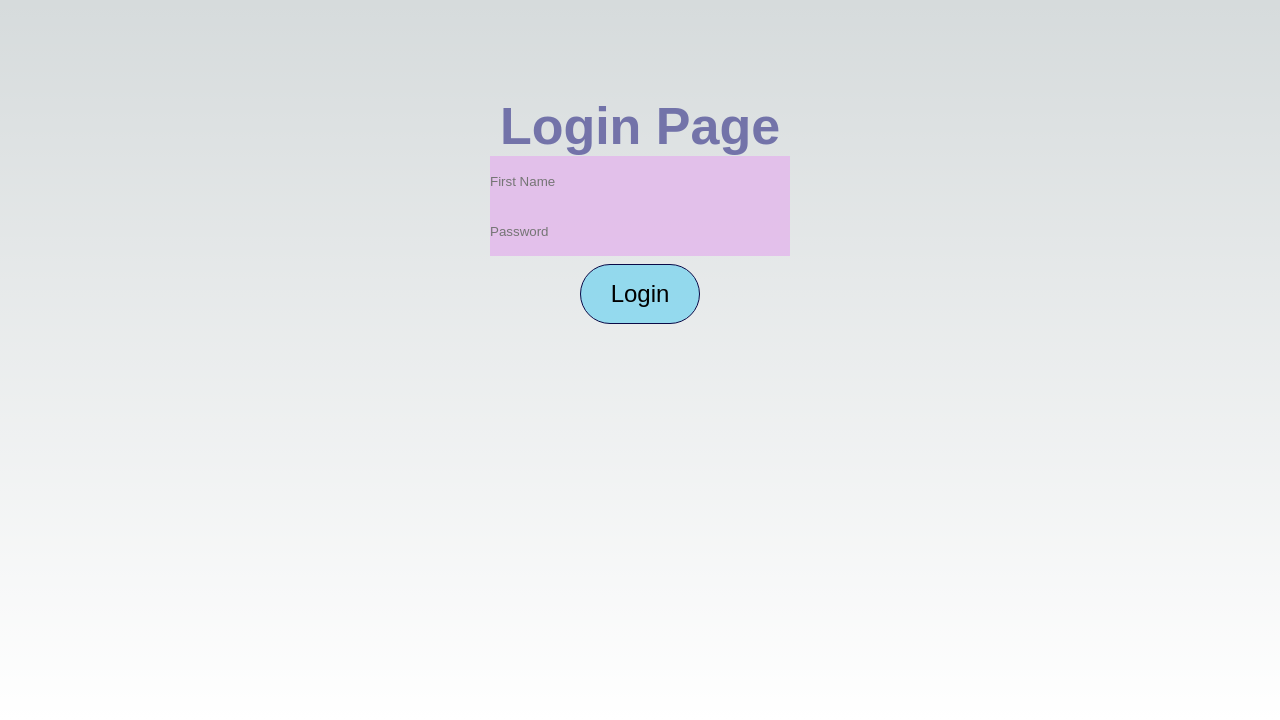
Repository: SaraShio/counter
Page: /
An editor plug-in stored every save of this project. The page is shown before and after the next save, followed by the edit.
The browser window is 1280 px wide. The pictures show the whole page.
The project was rebuilt for these pictures with package versions that can differ from the ones it lists, and the page was loaded fresh each time. The framework's server and built-in components were replaced by stand-ins that run in the browser. Also part of the build but not shown: next.config.js.

Above is the page before, as saved 2023-01-15 22:58:14.

After the next save:
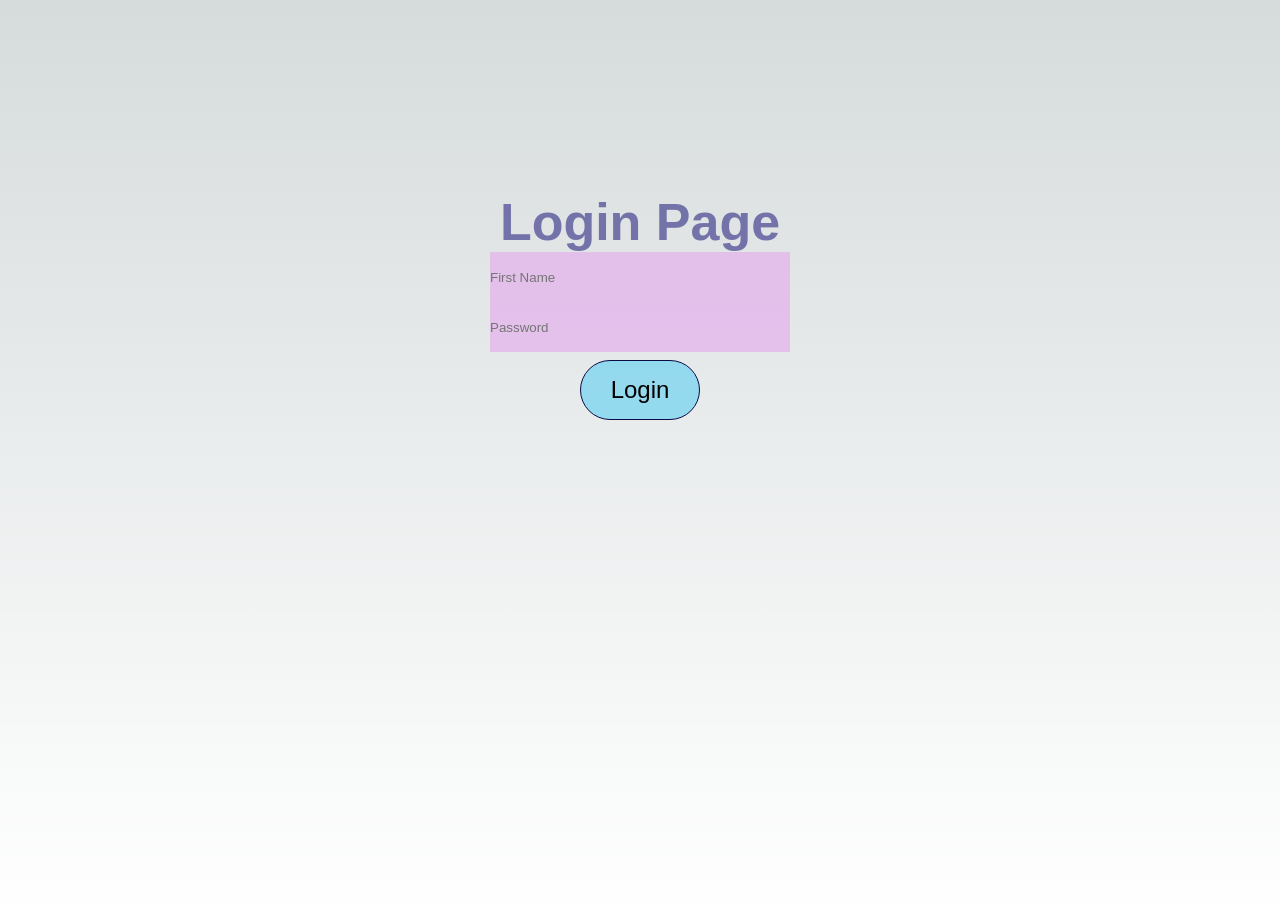
Saved 10 s later.
--- a/styles/Home.module.css
+++ b/styles/Home.module.css
@@ -3,6 +3,7 @@
   flex-direction: column;
   align-items: center;
   padding: 6rem;
+  margin: 6rem;
   min-height: 100vh;
   color: var(--medium-purple);
   font-size: var(--large-header-font);
